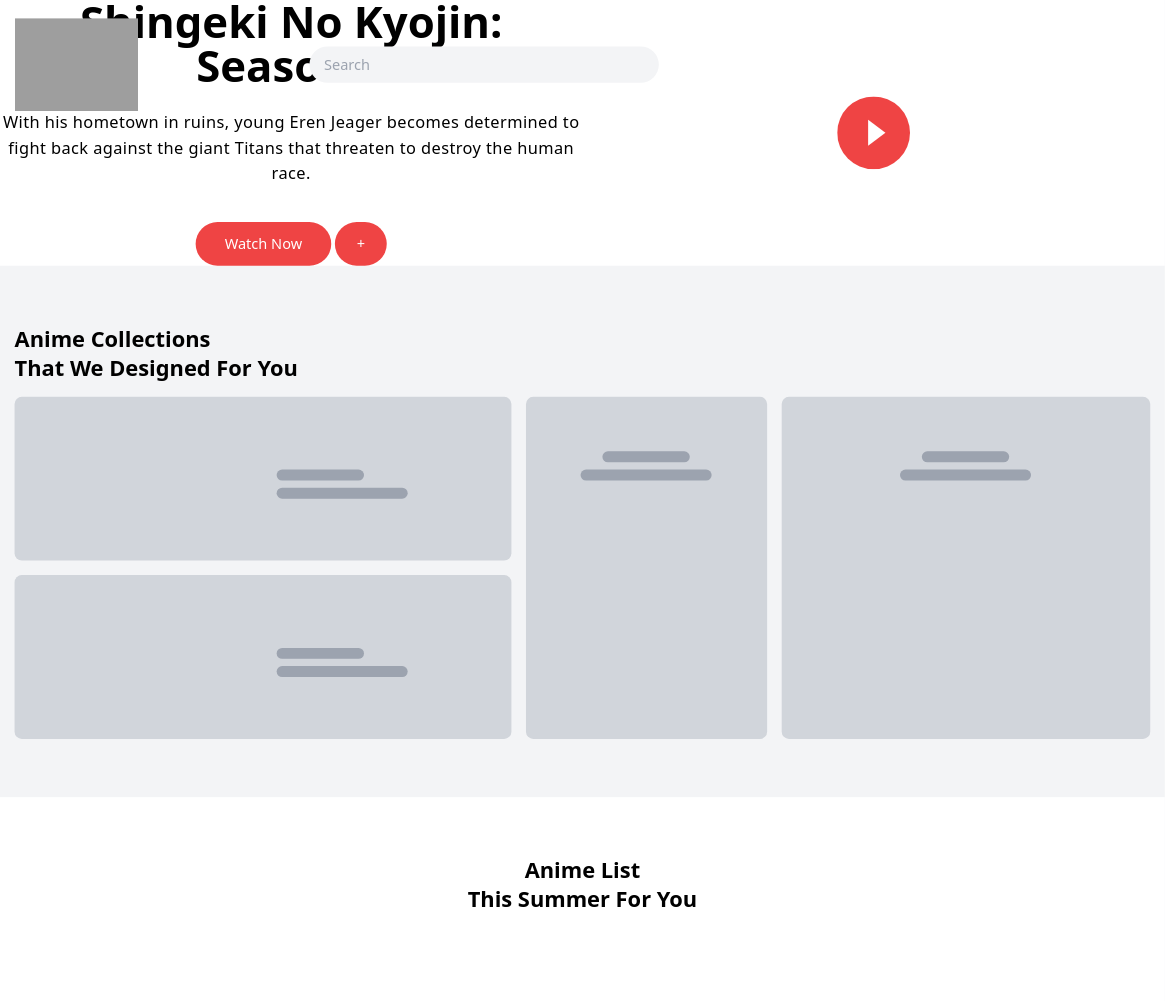
Repository: farrelmuhammad/anime-collections
Page: /
An editor plug-in stored every save of this project. The page is shown before and after the next save, followed by the edit.
The browser window is 1280 px wide. The pictures show the whole page, at 91% of full size.
Pictures or frames that could not be fetched are drawn as grey boxes. The page's requests for data from a server got no answer. The project was rebuilt for these pictures with package versions that can differ from the ones it lists, and the page was loaded fresh each time. No one was signed in, and anything a server would have sent is missing. Also part of the build but not shown: src/App.css.

Above is the page before, as saved 2023-08-04 00:49:19.

After the next save:
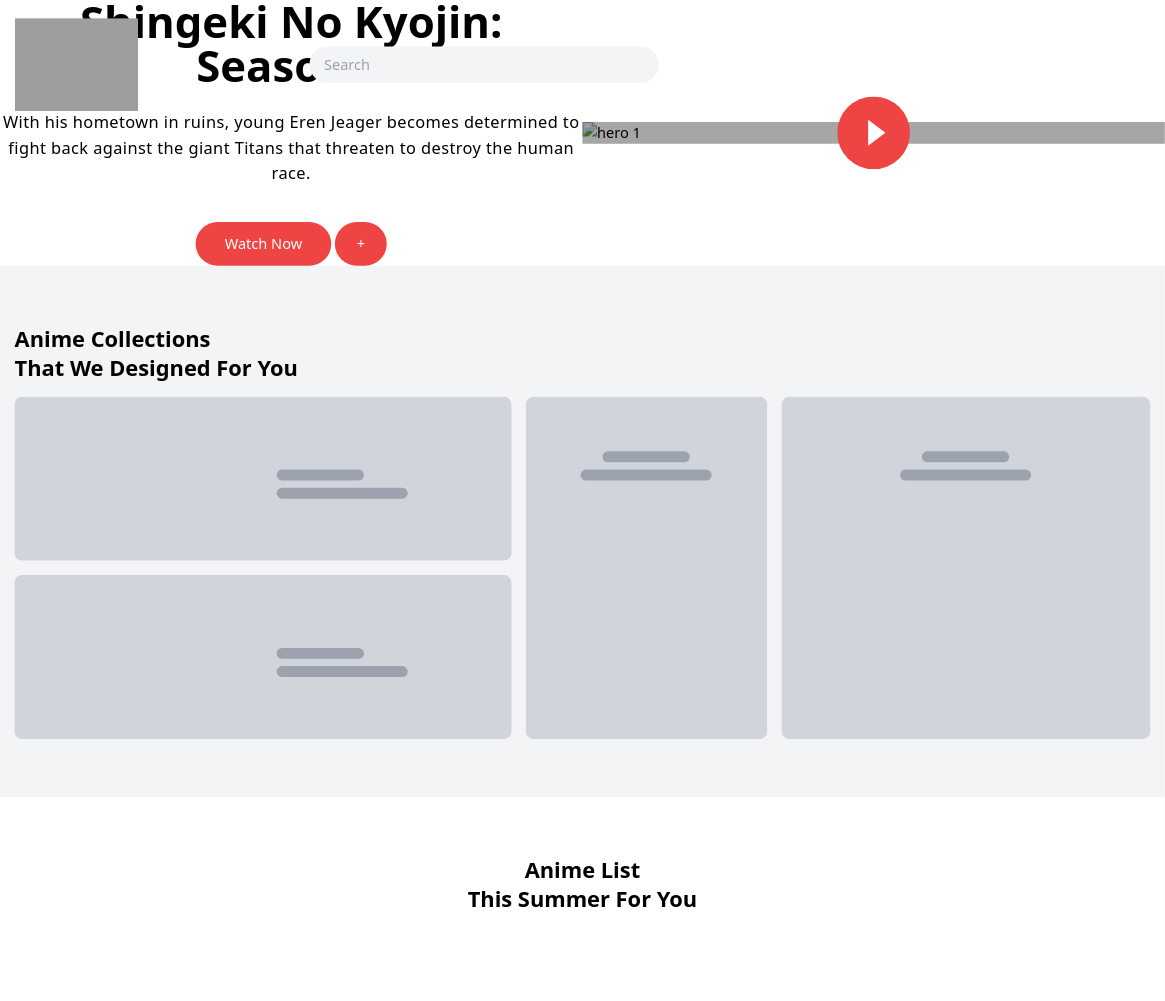
Saved 56 s later.
--- a/src/parts/Home/Hero.tsx
+++ b/src/parts/Home/Hero.tsx
@@ -66,13 +66,18 @@
             </div>'
                         ></button>
                     </div>
-                    {randomImage && ( // Add this condition to render the image only when randomImage is not null
+                    <img
+                        src=""
+                        alt="hero 1"
+                        className="absolute inset-0 md:relative w-full h-full object-cover object-center"
+                    />
+                    {/* {randomImage && ( // Add this condition to render the image only when randomImage is not null
                         <img
                             src={randomImage}
                             alt="hero 1"
                             className="absolute inset-0 md:relative w-full h-full object-cover object-center"
                         />
-                    )}
+                    )} */}
                 </div>
             </div>
         </section>
